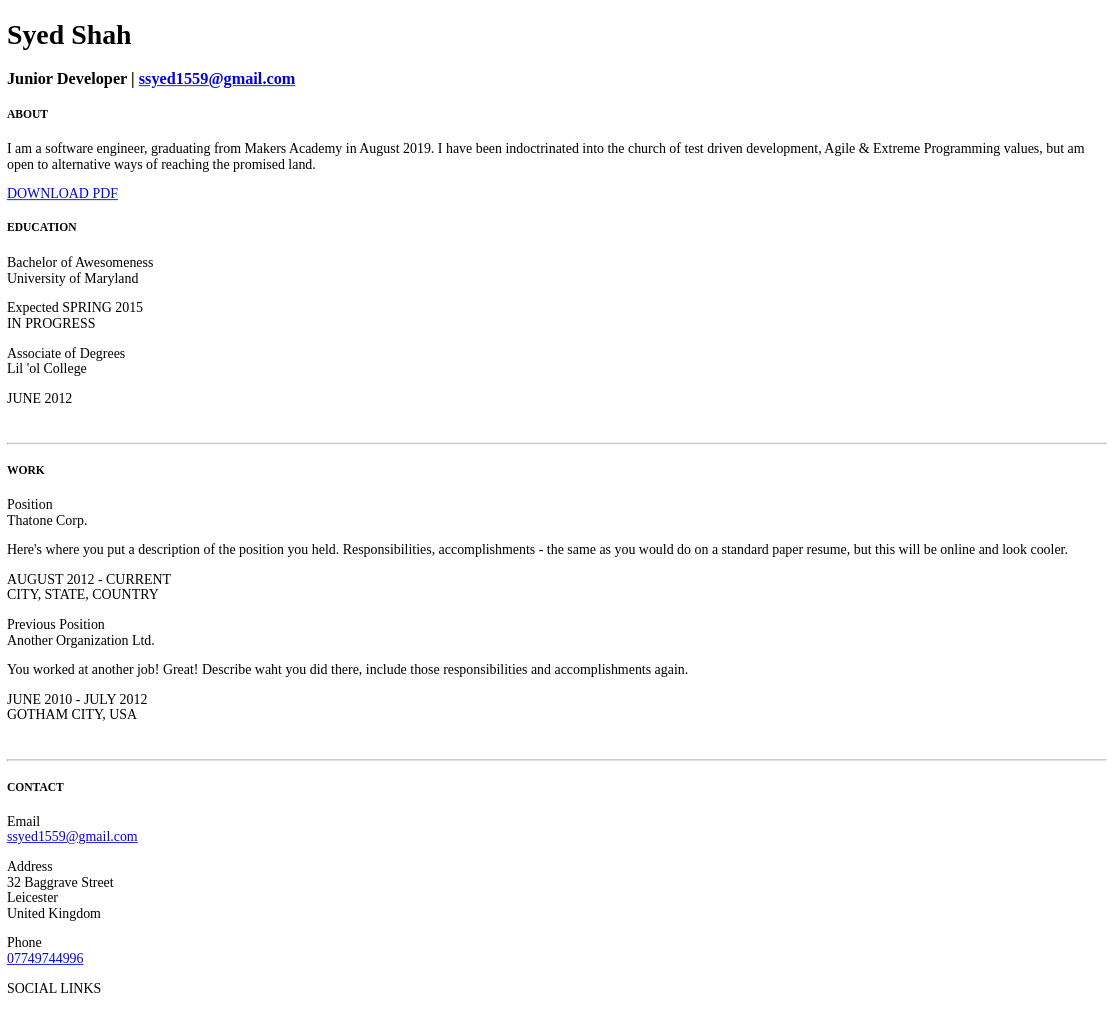
Repository: Syed-A-Shah/Resume
Page: index.html
The author's editor kept a record of every edit. The page is drawn from the files as they stood at one moment, then again after the next edit.
The browser window is 1280 px wide. The pictures show the whole page, at 87% of full size.

Above is the page before.

After the next edit:
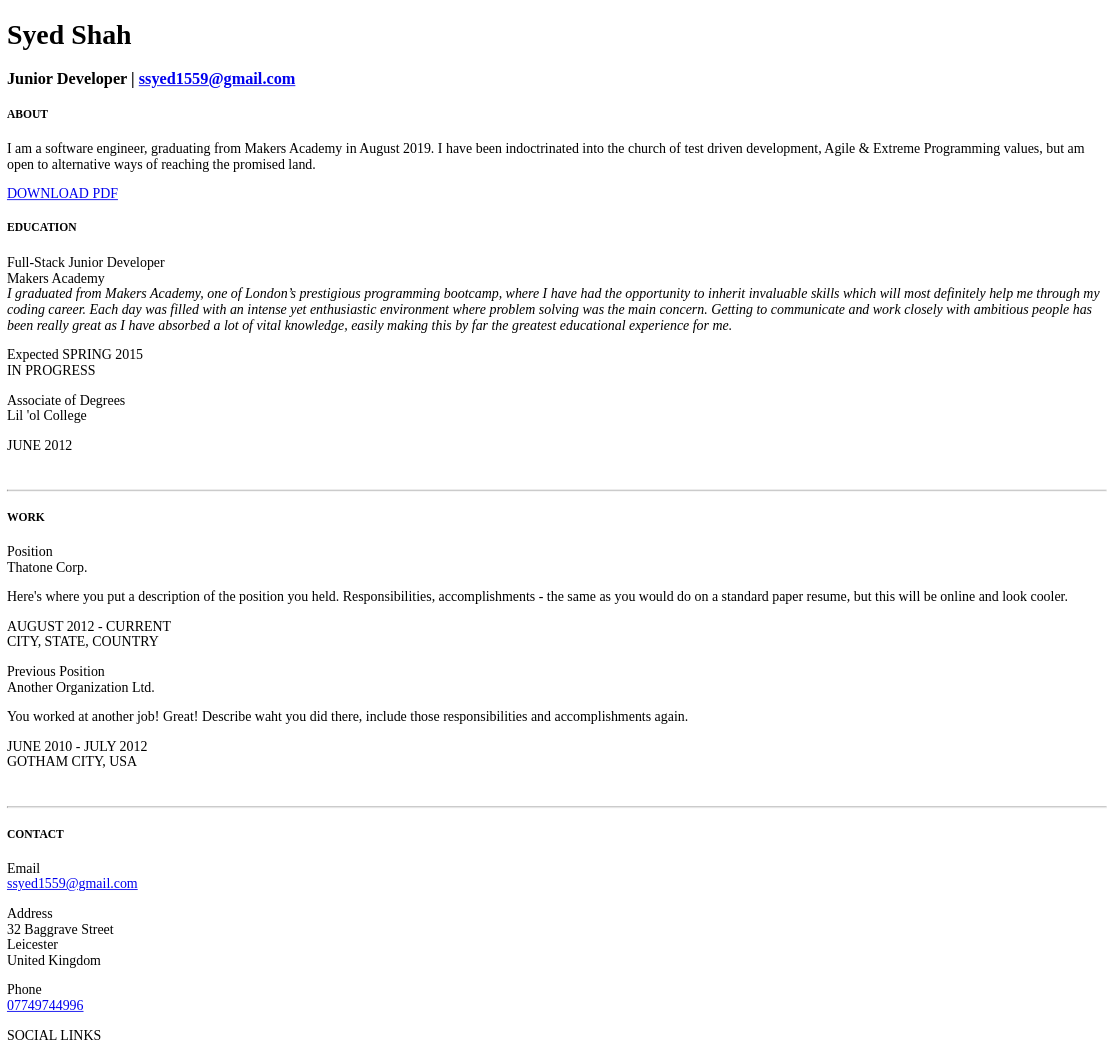
The edit:
--- a/index.html
+++ b/index.html
@@ -49,9 +49,14 @@
 				</div>
 				<!-- EDIT: education line 1 -->
 				<div class="col-lg-6">
-					<p><t>Bachelor of Awesomeness</t><br/>
-						University of Maryland
-						<!--<br/><i>Extra info here</i>-->
+					<p><t>Full-Stack Junior Developer</t><br/>
+						Makers Academy
+						<br/><i>I graduated from Makers Academy, one of London’s prestigious programming bootcamp,
+where I have had the opportunity to inherit invaluable skills which will most definitely help me
+through my coding career. Each day was filled with an intense yet enthusiastic environment
+where problem solving was the main concern. Getting to communicate and work closely with
+ambitious people has been really great as I have absorbed a lot of vital knowledge, easily
+making this by far the greatest educational experience for me.</i>
 					</p>
 				</div>
 				<div class="col-lg-3">
